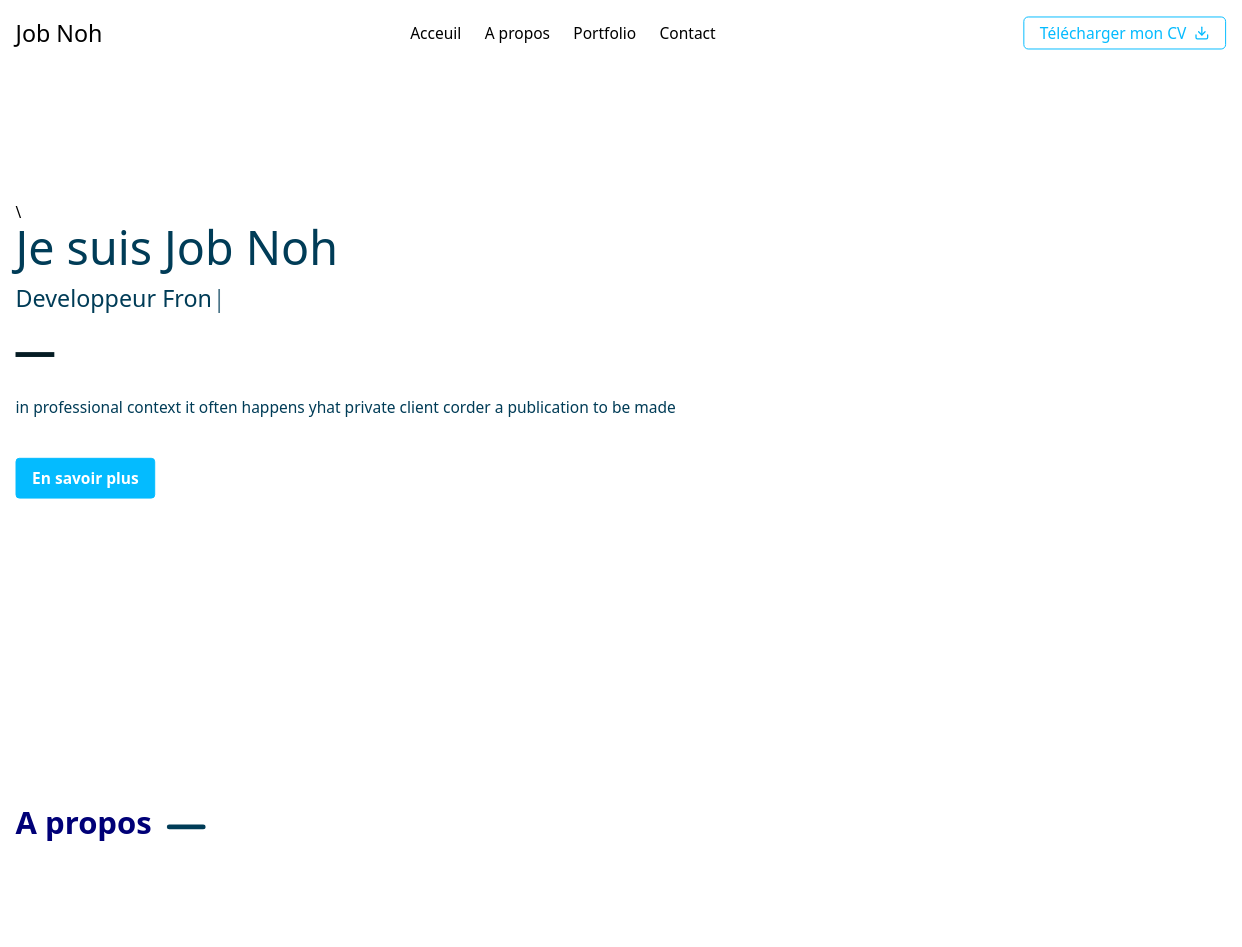
Repository: anoy1010/Nextportfolio
Page: /
These files come from the project's save history. The page is drawn as it stood at one moment and after the next save; the edit follows.
The browser window is 1280 px wide. The pictures show the whole page, at 97% of full size.
Backgrounds fixed to the window are drawn as part of the page. The project was rebuilt for these pictures with package versions that can differ from the ones it lists, and the page was loaded fresh each time. The framework's server and built-in components were replaced by stand-ins that run in the browser. Also part of the build but not shown: next.config.js, styles/Home.module.css.

Above is the page before, as saved 2023-03-06 17:23:07.

After the next save:
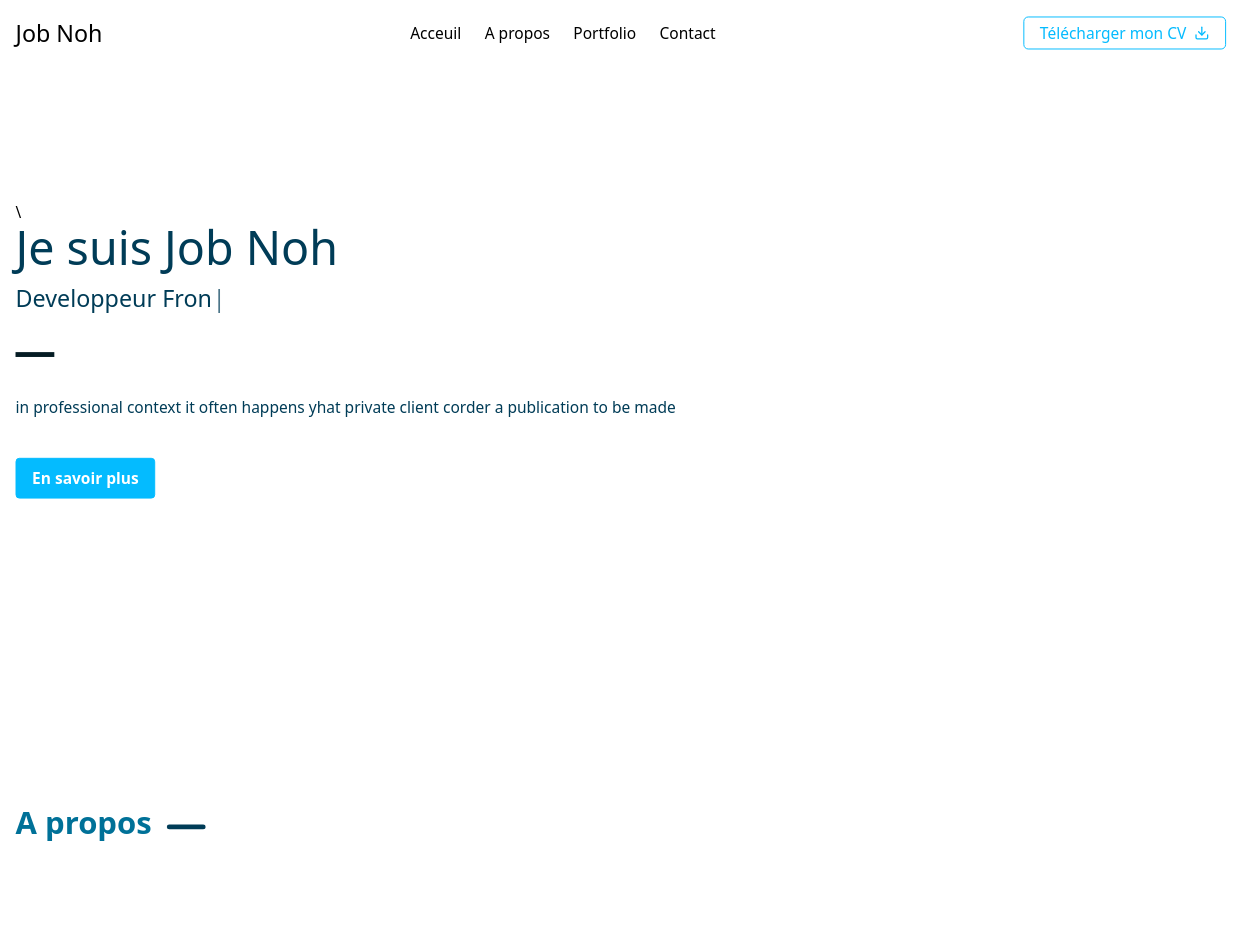
Saved 6 s later.
--- a/components/Heading.js
+++ b/components/Heading.js
@@ -2,7 +2,7 @@ import React from 'react'
 
 const Heading = ({title}) => {
   return (
-    <div className='text-[#007] text-[32px] font-bold flex items-center gap-4 py-16'>
+    <div className='text-[#007198] text-[32px] font-bold flex items-center gap-4 py-16'>
         {title}
         <div className='bg-[#003c57] h-[5px] w-[40px] translate-y-1 rounded'></div>
     </div>
